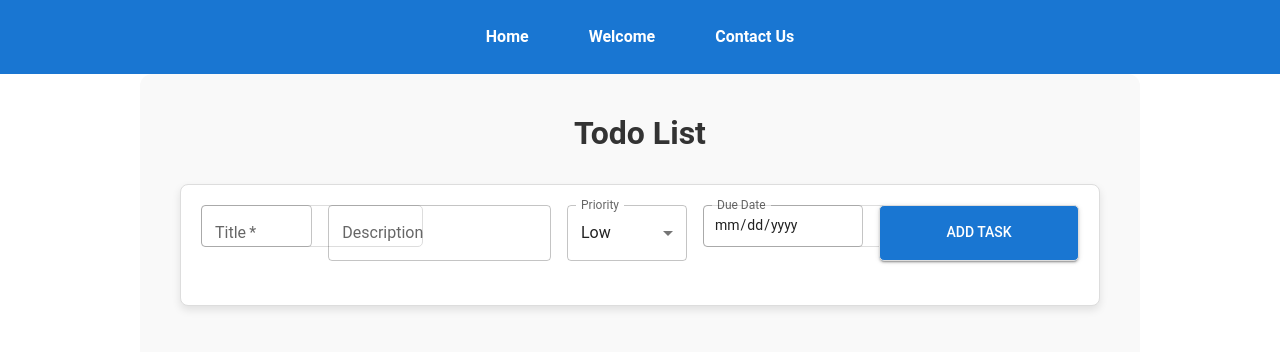
Repository: HPNChanel/Todo-List-Web-App
Page: / (app in frontend/todolist/)
These files come from the project's save history. The page is drawn as it stood at one moment and after the next save; the edit follows.
The browser window is 1280 px wide. The pictures show the whole page.
The page's requests for data from a server got no answer. The project was rebuilt for these pictures with package versions that can differ from the ones it lists, and the page was loaded fresh each time. No one was signed in, and anything a server would have sent is missing. Also part of the build but not shown: frontend/todolist/src/styles/TaskItem.css, frontend/todolist/src/components/TaskItem.js, frontend/todolist/src/styles/WelcomePage.css, frontend/todolist/src/pages/WelcomePage.js, frontend/todolist/src/styles/NotFound.css, frontend/todolist/src/pages/NotFound.js. Imported but missing from the stored project, and not drawn on this page: frontend/todolist/src/components/ContactUs.

Above is the page before, as saved 2024-11-05 09:50:48.

### frontend/todolist/src/App.js
// src/App.js
import React from 'react';
import { BrowserRouter as Router, Routes, Route } from 'react-router-dom';
import { TaskProvider } from './contexts/TaskContext';
import TaskList from './components/TaskList';
import NavBar from './components/NavBar';
import WelcomePage from './pages/WelcomePage';
import ContactUs from './components/ContactUs';
import { Container, CssBaseline, ThemeProvider, createTheme } from '@mui/material';
import NotFound from './pages/NotFound';

const theme = createTheme({
    palette: {
        primary: {
            main: '#1976d2',
        },
        secondary: {
            main: '#f50057',
        },
    },
    typography: {
        fontFamily: 'Roboto, Arial, sans-serif',
    },
});

function App() {
    return (
        <ThemeProvider theme={theme}>
            <CssBaseline />
            <TaskProvider>
                <Router>
                    <NavBar />
                    <Container>
                        <Routes>
                            <Route path="/" element={<TaskList />} />
                            <Route path="/welcome" element={<WelcomePage />} />
                            <Route path="/contact" element={<ContactUs />} />
                            <Route path="*" element={<NotFound />} />
                        </Routes>
                    </Container>
                </Router>
            </TaskProvider>
        </ThemeProvider>
    );
}

export default App;

### frontend/todolist/src/contexts/TaskContext.js
import React, { createContext, useState, useEffect } from 'react';
import { getTasks, createTask, updateTask, deleteTask } from '../api/TaskApi';

export const TaskContext = createContext();

export const TaskProvider = ({ children }) => {
  const [tasks, setTasks] = useState([]);

  useEffect(() => {
    fetchTasks();
  }, []);

  const fetchTasks = async () => {
    const data = await getTasks();
    setTasks(data);
  };

  const addTask = async (task) => {
    const newTask = await createTask(task);
    setTasks([...tasks, newTask]);
  };

  const editTask = async (id, updatedTask) => {
    const task = await updateTask(id, updatedTask);
    setTasks(tasks.map((t) => (t.id === task.id ? task : t)));
  };

  const removeTask = async (id) => {
    await deleteTask(id);
    setTasks(tasks.filter((t) => t.id !== id));
  };

  return (
    <TaskContext.Provider value={{ tasks, addTask, editTask, removeTask }}>
      {children}
    </TaskContext.Provider>
  );
};

### frontend/todolist/src/components/TaskList.js
// src/components/TaskList.js
import React, { useState } from 'react';
import { Grid, Typography } from '@mui/material';
import TaskItem from './TaskItem';
import TaskForm from './TaskForm';
import useTasks from '../hooks/useTasks';
import '../styles/TaskList.css';

function TaskList() {
    const { tasks } = useTasks();
    const [taskToEdit, setTaskToEdit] = useState(null);

    const handleEdit = (task) => {
        setTaskToEdit(task);
    };

    const clearTaskToEdit = () => {
        setTaskToEdit(null);
    };

    return (
        <div className="task-list">
            <Typography variant="h4" gutterBottom>Todo List</Typography>
            <TaskForm taskToEdit={taskToEdit} clearTaskToEdit={clearTaskToEdit} />
            <Grid container spacing={2} className="task-grid">
                {tasks.map((task) => (
                    <Grid item xs={12} sm={6} md={4} key={task.id}>
                        <TaskItem task={task} onEdit={handleEdit} />
                    </Grid>
                ))}
            </Grid>
        </div>
    );
}

export default TaskList;

### frontend/todolist/src/components/NavBar.js
// src/components/NavBar.js
import React from 'react';
import { Link } from 'react-router-dom';
import '../styles/NavBar.css';

const NavBar = () => (
    <nav className="nav-bar">
        <Link to="/">Home</Link>
        <Link to="/welcome">Welcome</Link>
        <Link to="/contact">Contact Us</Link>
    </nav>
);

export default NavBar;

### frontend/todolist/src/api/TaskApi.js
import axios from 'axios';

const API_URL = 'http://localhost:8000/api/tasks/';

//* Declare API Function for tasks

export const getTasks = async () => {
  const response = await axios.get(API_URL);
  return response.data;
};

export const createTask = async (task) => {
  const response = await axios.post(API_URL, task);
  return response.data;
};

export const updateTask = async (id, task) => {
  const response = await axios.put(`${API_URL}${id}/`, task)
  return response.data;
};

export const deleteTask = async (id) => {
  await axios.delete(`${API_URL}${id}/`)
}

### frontend/todolist/src/components/TaskForm.js
// src/components/TaskForm.js
import React, { useState, useEffect } from 'react';
import { TextField, Button, MenuItem, Box } from '@mui/material';
import { motion } from 'framer-motion';
import useTasks from '../hooks/useTasks';
import '../styles/TaskForm.css';

function TaskForm({ taskToEdit, clearTaskToEdit }) {
    const { addTask, editTask } = useTasks();
    const [title, setTitle] = useState(taskToEdit?.title || '');
    const [description, setDescription] = useState(taskToEdit?.description || '');
    const [priority, setPriority] = useState(taskToEdit?.priority || 1);
    const [dueDate, setDueDate] = useState(taskToEdit?.due_date || '');

    useEffect(() => {
        if (taskToEdit) {
            setTitle(taskToEdit.title);
            setDescription(taskToEdit.description);
            setPriority(taskToEdit.priority);
            setDueDate(taskToEdit.due_date);
        }
    }, [taskToEdit]);

    const handleSubmit = (e) => {
        e.preventDefault();
        const taskData = { title, description, priority, due_date: dueDate };
        if (taskToEdit) {
            editTask(taskToEdit.id, taskData);
            clearTaskToEdit();
        } else {
            addTask(taskData);
        }
        setTitle('');
        setDescription('');
        setPriority(1);
        setDueDate('');
    };

    return (
        <motion.div
            className="task-form"
            initial={{ opacity: 0, y: -20 }}
            animate={{ opacity: 1, y: 0 }}
            transition={{ duration: 0.5 }}
        >
            <Box component="form" onSubmit={handleSubmit} sx={{ display: 'flex', gap: 2, mb: 3 }}>
                <TextField
                    label="Title"
                    variant="outlined"
                    value={title}
                    onChange={(e) => setTitle(e.target.value)}
                    required
                    sx={{ flex: 1 }}
                />
                <TextField
                    label="Description"
                    variant="outlined"
                    multiline
                    maxRows={4}
                    value={description}
                    onChange={(e) => setDescription(e.target.value)}
                    sx={{ flex: 2 }}
                />
                <TextField
                    select
                    label="Priority"
                    variant="outlined"
                    value={priority}
                    onChange={(e) => setPriority(e.target.value)}
                    sx={{ width: 120 }}
                >
                    <MenuItem value={1}>Low</MenuItem>
                    <MenuItem value={2}>Medium</MenuItem>
                    <MenuItem value={3}>High</MenuItem>
                </TextField>
                <TextField
                    label="Due Date"
                    type="date"
                    InputLabelProps={{ shrink: true }}
                    value={dueDate}
                    onChange={(e) => setDueDate(e.target.value)}
                    sx={{ width: 160 }}
                />
                <Button type="submit" variant="contained" color="primary">
                    {taskToEdit ? "Update Task" : "Add Task"}
                </Button>
            </Box>
        </motion.div>
    );
}

export default TaskForm;

### frontend/todolist/src/hooks/useTasks.js
import { useContext } from "react";
import { TaskContext } from "../contexts/TaskContext";

const useTasks = () => {
  return useContext(TaskContext);
};

export default useTasks;

### frontend/todolist/src/styles/TaskList.css
.task-list {
  padding: 40px;
  background-color: #f9f9f9;
  border-radius: 12px;
  max-width: 1000px;
  margin: auto;
  box-sizing: border-box;
}

.task-list h4 {
  text-align: center;
  margin-bottom: 30px;
  font-size: 2em;
  color: #333;
  font-weight: bold;
}

.task-list .task-grid {
  display: grid;
  grid-template-columns: repeat(auto-fill, minmax(300px, 1fr));
  gap: 20px; /* Tăng khoảng cách giữa các card */
  justify-items: center;
  padding: 10px;
  box-sizing: border-box;
}

@media (max-width: 768px) {
  .task-list .task-grid {
      grid-template-columns: 1fr; /* Đổi thành 1 cột trên màn hình nhỏ */
  }
}

### frontend/todolist/src/styles/NavBar.css
.nav-bar {
  display: flex;
  justify-content: center;
  gap: 20px;
  padding: 15px 0;
  background-color: #1976d2;
  color: white;
}

.nav-bar a {
  color: white;
  text-decoration: none;
  font-weight: bold;
  padding: 10px 20px;
  border-radius: 5px;
  transition: background-color 0.3s ease;
}

.nav-bar a:hover {
  background-color: #0056b3;
}

### frontend/todolist/src/styles/TaskForm.css
.task-form {
  display: flex;
  flex-wrap: wrap;
  gap: 10px;
  margin-bottom: 30px;
  padding: 20px;
  border: 1px solid #ddd;
  border-radius: 8px;
  background-color: #ffffff;
  box-shadow: 0 4px 8px rgba(0, 0, 0, 0.1);
  max-width: 100%;
  box-sizing: border-box;
  justify-content: center; /* Canh giữa nội dung */
}

.task-form input,
.task-form select,
.task-form button {
  padding: 10px;
  border-radius: 5px;
  border: 1px solid #ddd;
  font-size: 14px;
  flex: 1;
  min-width: 200px;
}

.task-form button {
  background-color: #1976d2;
  color: white;
  cursor: pointer;
  transition: background-color 0.3s ease;
  flex: 0 0 auto;
}

.task-form button:hover {
  background-color: #0056b3;
}

@media (max-width: 768px) {
  .task-form {
      flex-direction: column; /* Hiển thị dạng cột cho màn hình nhỏ */
      align-items: stretch;
  }
}

Loaded but not shown: frontend/todolist/public/index.html (common file); frontend/todolist/src/index.js (common file); frontend/todolist/src/index.css (common file); frontend/todolist/tailwind.config.js (common file)

After the next save:
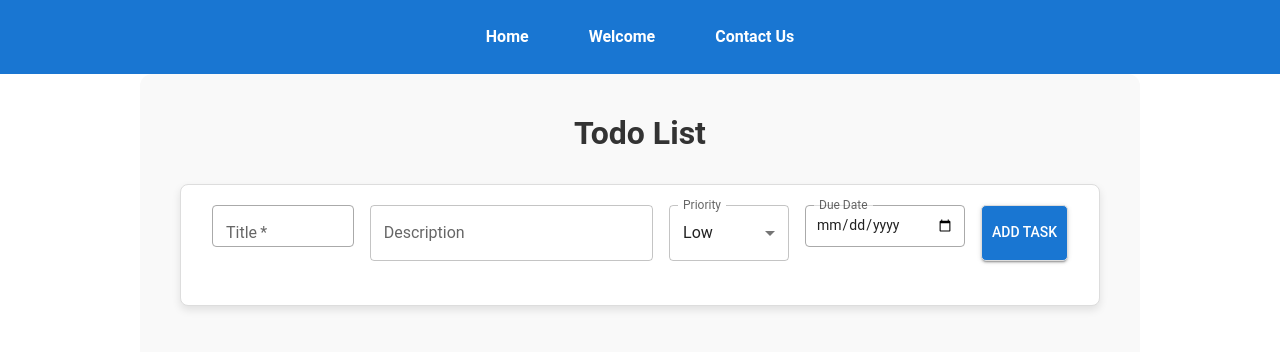
Saved 9 min 35 s later.
--- a/frontend/todolist/src/styles/TaskForm.css
+++ b/frontend/todolist/src/styles/TaskForm.css
@@ -21,7 +21,6 @@
   border: 1px solid #ddd;
   font-size: 14px;
   flex: 1;
-  min-width: 200px;
 }
 
 .task-form button {
